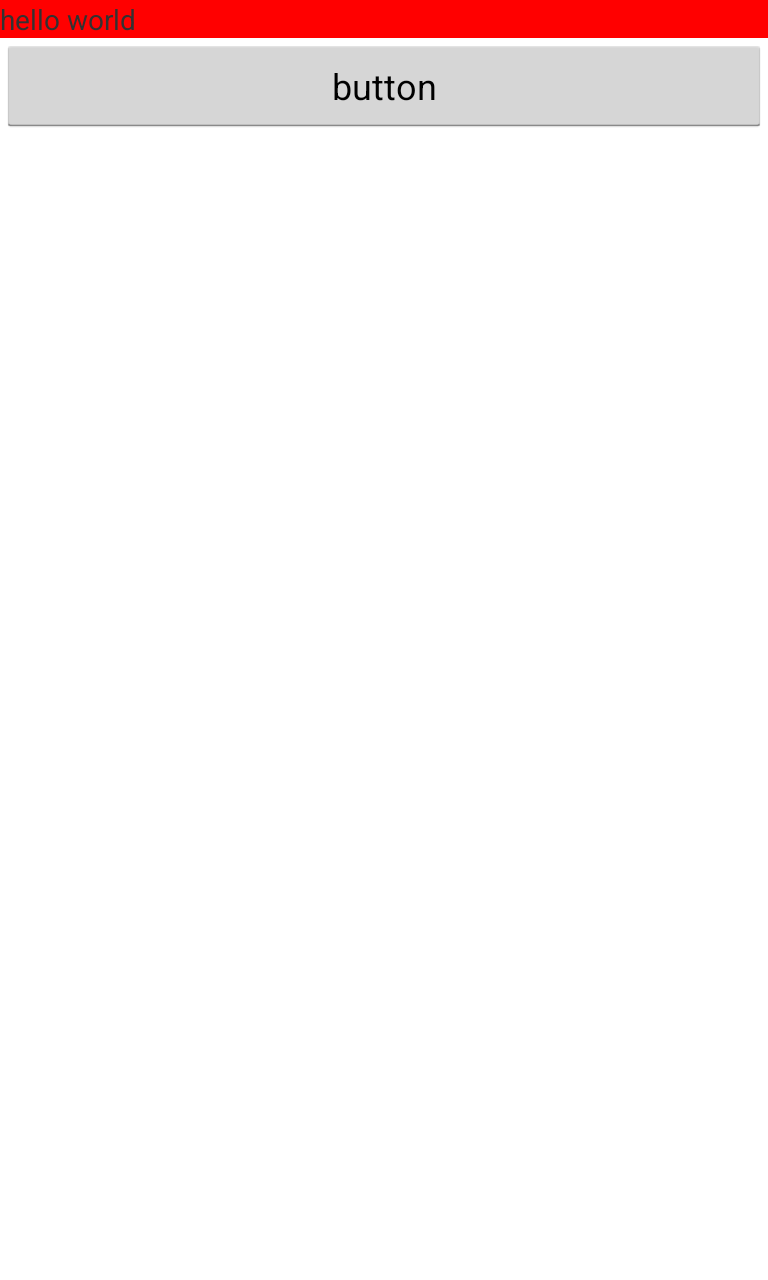
Repository: KungW/windows_learn_java_track
Layout: ListenerApp/res/layout/activity_main.xml
These files come from the project's save history. The layout is drawn as it stood at one moment and after the next save; the edit follows.
It is drawn on a 768 x 1280 px phone screen (xhdpi) without system bars, with theme AppTheme; the app's code is not run.

Above is the layout before, as saved 2016-10-10 03:13:55.

After the next save:
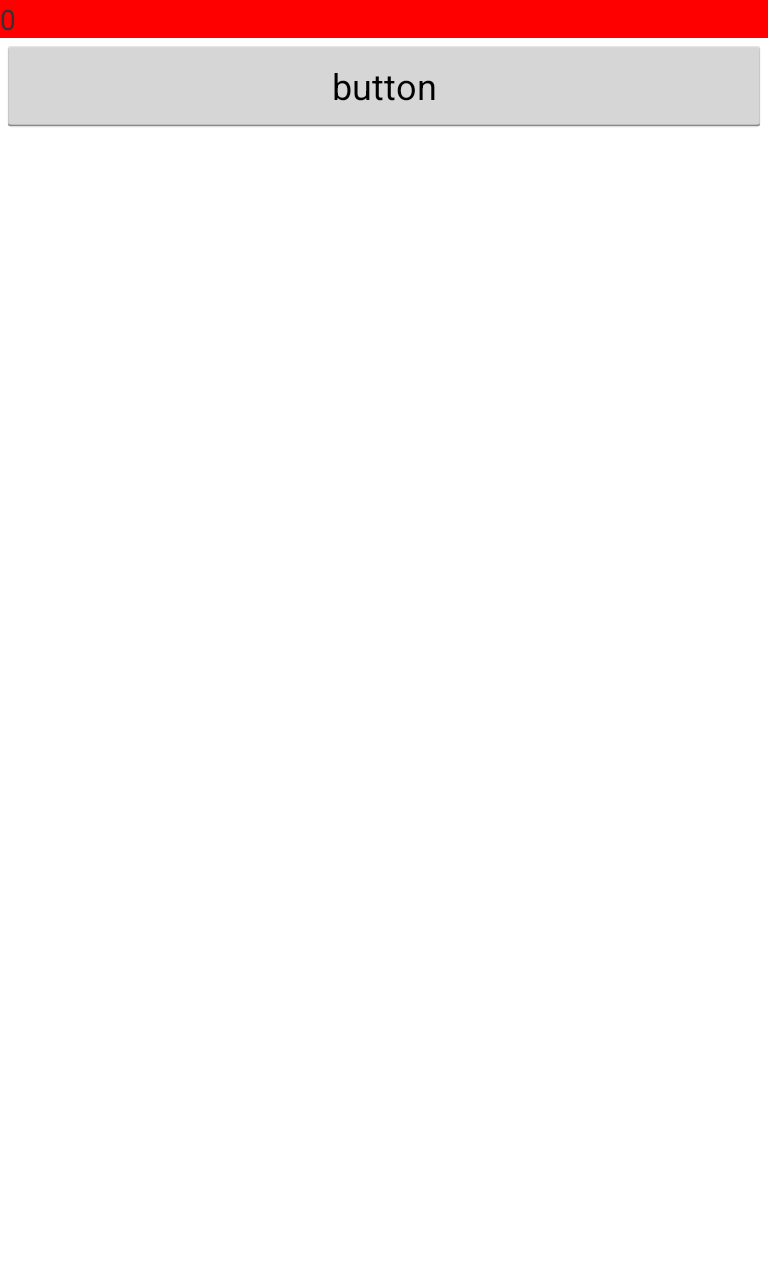
Saved 20 s later.
--- a/ListenerApp/res/layout/activity_main.xml
+++ b/ListenerApp/res/layout/activity_main.xml
@@ -10,7 +10,7 @@
         android:layout_width="match_parent"
         android:layout_height="wrap_content"
         android:background="#FF0000"
-        android:text="hello world" />
+        android:text="0" />
     <Button
         android:id="@+id/button"
         android:layout_width="match_parent"
